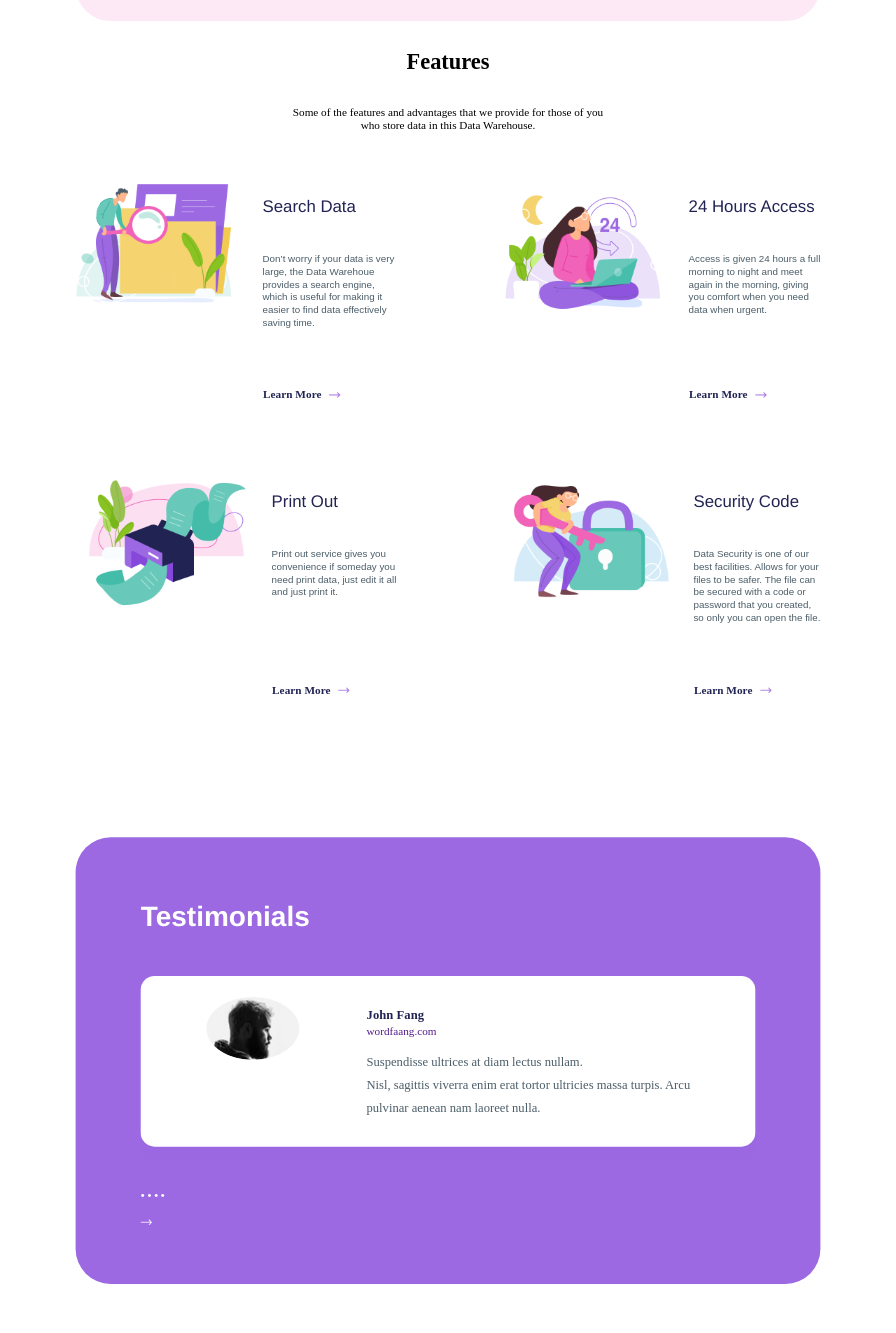
Repository: batonAnton/HW6_flexbox
Page: index.html
An editor plug-in stored every save of this project. The page is shown before and after the next save, followed by the edit.
The browser window is 1280 px wide. The pictures show the part of the page from y = 1303 to 3223 px (the page is 3207 px tall before and 3223 px after), at 70% of full size.
Some web fonts or font styles are not loaded; a fallback is used.

Above is the page before, as saved 2022-06-19 15:24:40.

After the next save:
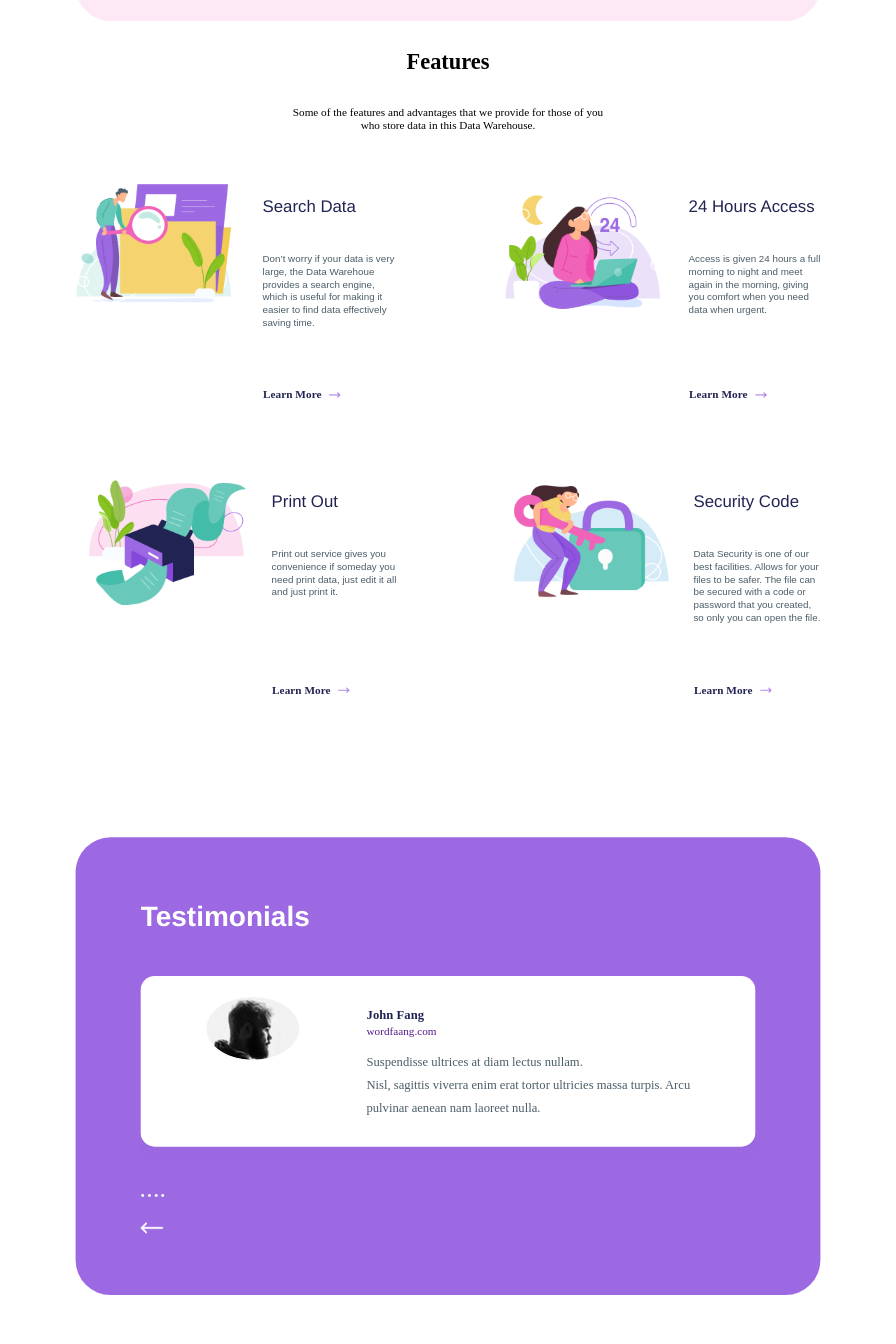
Saved 3 min 18 s later.
--- a/index.html
+++ b/index.html
@@ -185,7 +185,7 @@
             </div>
         </div>
         <h4>&#x2022 &#x2022 &#x2022 &#x2022</h4>
-        <p> <img src="./images/section3/right-arrow white.png" alt=""></p>
+        <p class="right"> <img src="./images/section3/left-arrow.png" alt=""> </p>
     </div>
 </body>
 </html>
